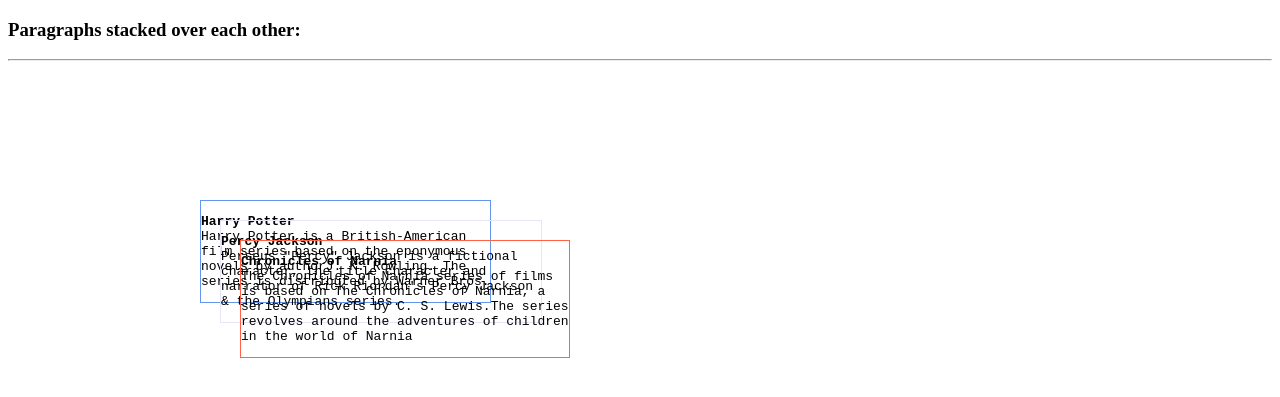
Repository: KrishnaSandeep79/WPS-Assignment
Page: WPS/WebContent/para.html
These files come from the project's save history. The page is drawn as it stood at one moment and after the next save; the edit follows.
The browser window is 1280 px wide. The pictures show the whole page.

Above is the page before, as saved 2019-08-24 05:47:59.

### WPS/WebContent/para.html
<!DOCTYPE html>
<html>
<head>
<meta name="viewport" content="width=device-width,initial-scale=1.0">
<title>stacked paras</title>
<style>
#first { position:absolute;
         top:200px;
         left:200px;
         border:1px solid cornflowerblue;
         }
#second { position:absolute;
         top:220px;
         left:220px;
         border:1px solid lavender;
         }
#third { position:absolute;
         top:240px;
         left:240px;
         border:1px solid tomato;
         }

</style>
</head>
<body>
<h3>Paragraphs stacked over each other:</h3>
<hr>
<div id="first">
<pre>
<b>Harry Potter</b>
Harry Potter is a British-American
film series based on the eponymous
novels by authorJ. K. Rowling. The
series is distributed by Warner Bros.
</pre>
</div>
<div id="second">
<pre>
<b>Percy Jackson</b>
Perseus "Percy" Jackson is a fictional
character, the title character and
narrator of Rick Riordan's Percy Jackson
& the Olympians series.
</pre>
</div>
<div id="third">
<pre>
<b>Chronicles of Narnia</b>
The Chronicles of Narnia series of films
is based on The Chronicles of Narnia, a
series of novels by C. S. Lewis.The series
revolves around the adventures of children
in the world of Narnia
</pre>
</div>

</body>
</html>

After the next save:
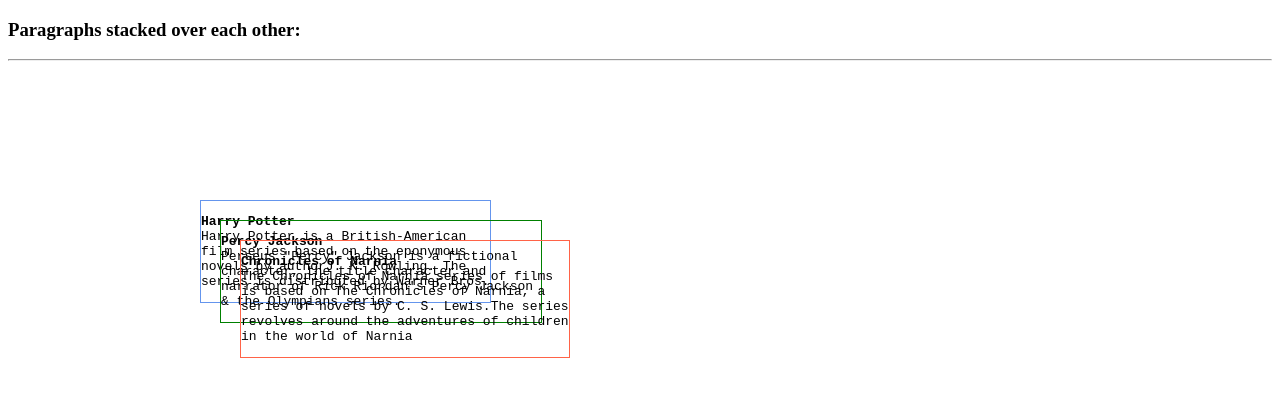
Saved 49 s later.
--- a/WPS/WebContent/para.html
+++ b/WPS/WebContent/para.html
@@ -12,7 +12,7 @@
 #second { position:absolute;
          top:220px;
          left:220px;
-         border:1px solid lavender;
+         border:1px solid green;
          }
 #third { position:absolute;
          top:240px;
